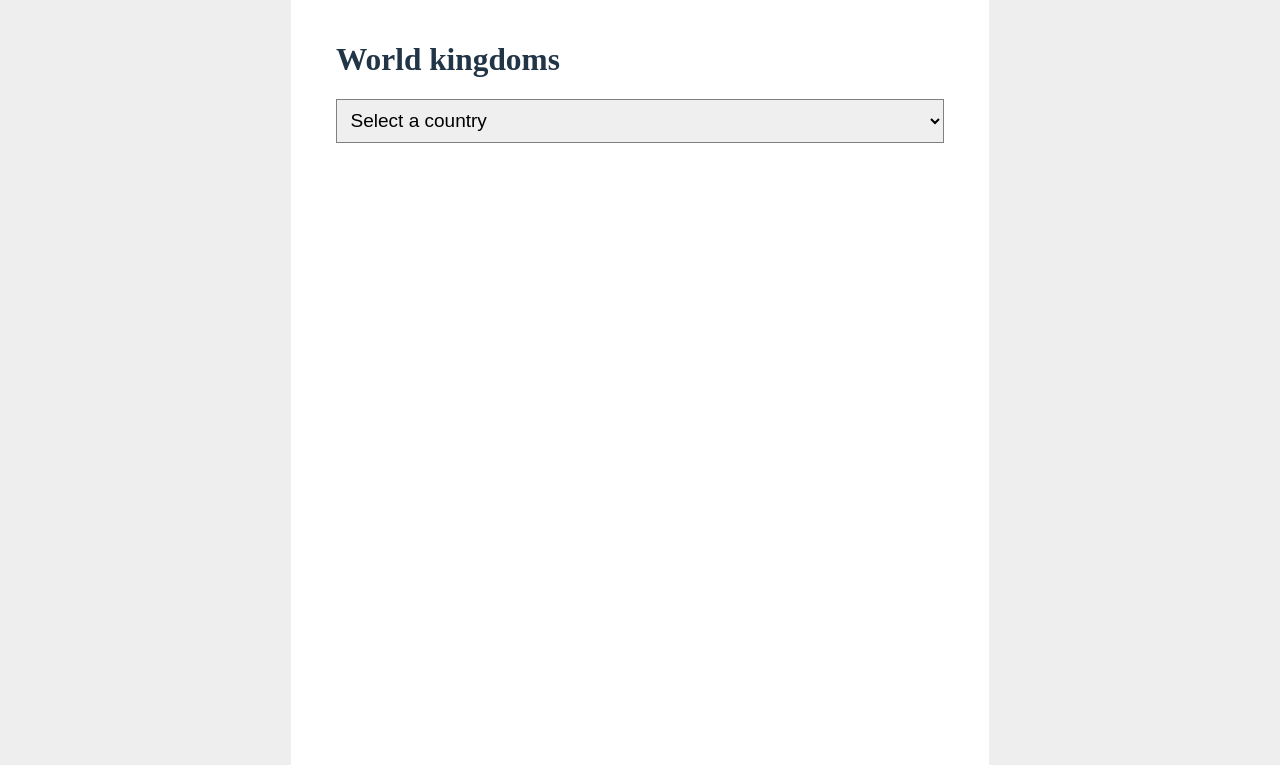
Repository: SamanthaYan298/my_world_kingdoms
Page: /
These files come from the project's save history. The page is drawn as it stood at one moment and after the next save; the edit follows.
The browser window is 1280 px wide. The pictures show the whole page.
The page's requests for data from a server got no answer. The project was rebuilt for these pictures with package versions that can differ from the ones it lists, and the page was loaded fresh each time. No one was signed in, and anything a server would have sent is missing. Also part of the build but not shown: vite.config.js.

Above is the page before, as saved 2024-11-20 18:35:16.

### src/App.jsx
import { useEffect, useState } from 'react'
import './App.css'
import Countries from '../components/Countries';

function App() {

  const [query, setQuery] = useState('');
  const [countries, setCountries] = useState([]);
  const [fetchStatus, setFetchStatus] = useState('idle');

  // load data on mount - only load once
  useEffect(() => {
    const url = ` https://restcountries.com/v3.1/name/kingdom`;

    async function fetchData() {
      let response, data;
      try{
        setFetchStatus('loading');
        response = await fetch(url);
        data = await response.json();
        setCountries(data);
        setFetchStatus('idle');
      } catch(e) {
        setFetchStatus('error');
        console.error(e.message);
      }
    }

    fetchData();

  }, [query]);

  let filteredCountries = [...countries];

  return (
    <>
    <div className='countries'>
      <h1>World kingdoms</h1>
      <select id="countries">
      <option>Select a country</option>
        <option value="NO">Norway</option>
        <option value="TO">Tonga</option>
        <option value="LS">Lesotho</option>
        <option value="SE">Sweden</option>
        <option value="SZ">Eswatini</option>
        <option value="MA">Morocco</option>
        <option value="BT">Bhutan</option>
        <option value="JO">Jordan</option>
        <option value="NL">Netherlands</option>
        <option value="SA">Saudi Arabia</option>
        <option value="DK">Denmark</option>
        <option value="BH">Bahrain</option>
        <option value="BE">Belgium</option>
        <option value="ES">Spain</option>
        <option value="KH">Cambodia</option>
        <option value="GB">United Kingdom</option>
        <option value="TH">Thailand</option>
      </select>
      <Countries countries={filteredCountries} />
    </div>

    </>
  )
}

export default App

### src/App.css
#root {
  width: 100%;
  height: 100%;
  margin: 0 auto;
  padding: 0 2rem;
  text-align: center;
  background-color: #eee;
  font-family: "DM Serif Text", serif;
  font-weight: 400;
  font-style: normal;
}

h1 {
  display: block;
  margin-block-start: 0.67em;
  margin-block-end: 0.67em;
  margin-inline-start: 0px;
  margin-inline-end: 0px;
  font-weight: bold;
  unicode-bidi: isolate;
  text-align: left;
  font-size: 1.4em;
}

.countries {
  width: 50%;
  background: #fff;
  margin: 0 auto;
  padding: 1em 2em;
  height: 100vh;
  text-align: left;
  font-size: 1.4em;
}

img {
  width: 50%;
}

p {
  padding: 0;
}

select {
  font-size: 0.85em;
  padding: .5em;
  display: inline-block;
  width: 100%;
  border-color: gray;
}

### components/Countries.jsx
import '../src/App.css'

function Countries({ countries }) {

    return (
      <div className='outer-container'>
        {countries.map((country, index) => (
            <div key={index} className='cards-container'>
              <h1>{country.name.official}</h1>
              <img src={country.flags.png} alt={`Flag of ${country.name.common}`} />
              <h4 className='name'>{country.name.common}</h4>
              <div className='country-info'>
                <p>
                  <span><strong>Capital: </strong></span>
                  <span>{country.capital}</span>
                </p>
                <p>
                  <span><strong>Location in: </strong></span>
                  <span className='borders'>{country.subregion}</span>
                </p>
              </div>
            </div>
          ))}
      </div>
    );
  }

  export default Countries;

Loaded but not shown: index.html (common file); src/main.jsx (common file); src/index.css (common file)

After the next save:
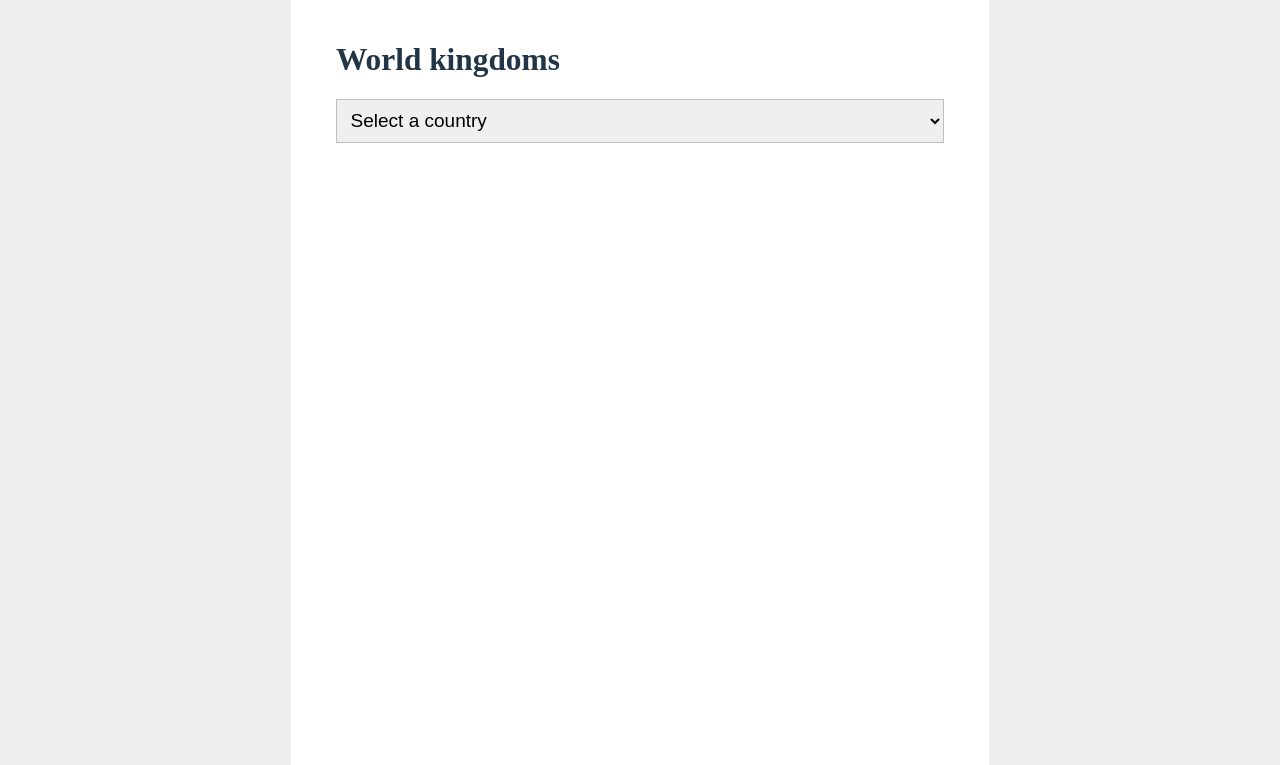
Saved 9 s later.
--- a/src/App.css
+++ b/src/App.css
@@ -45,5 +45,5 @@ select {
   padding: .5em;
   display: inline-block;
   width: 100%;
-  border-color: gray;
+  border-color: rgb(190, 190, 190);
 }
